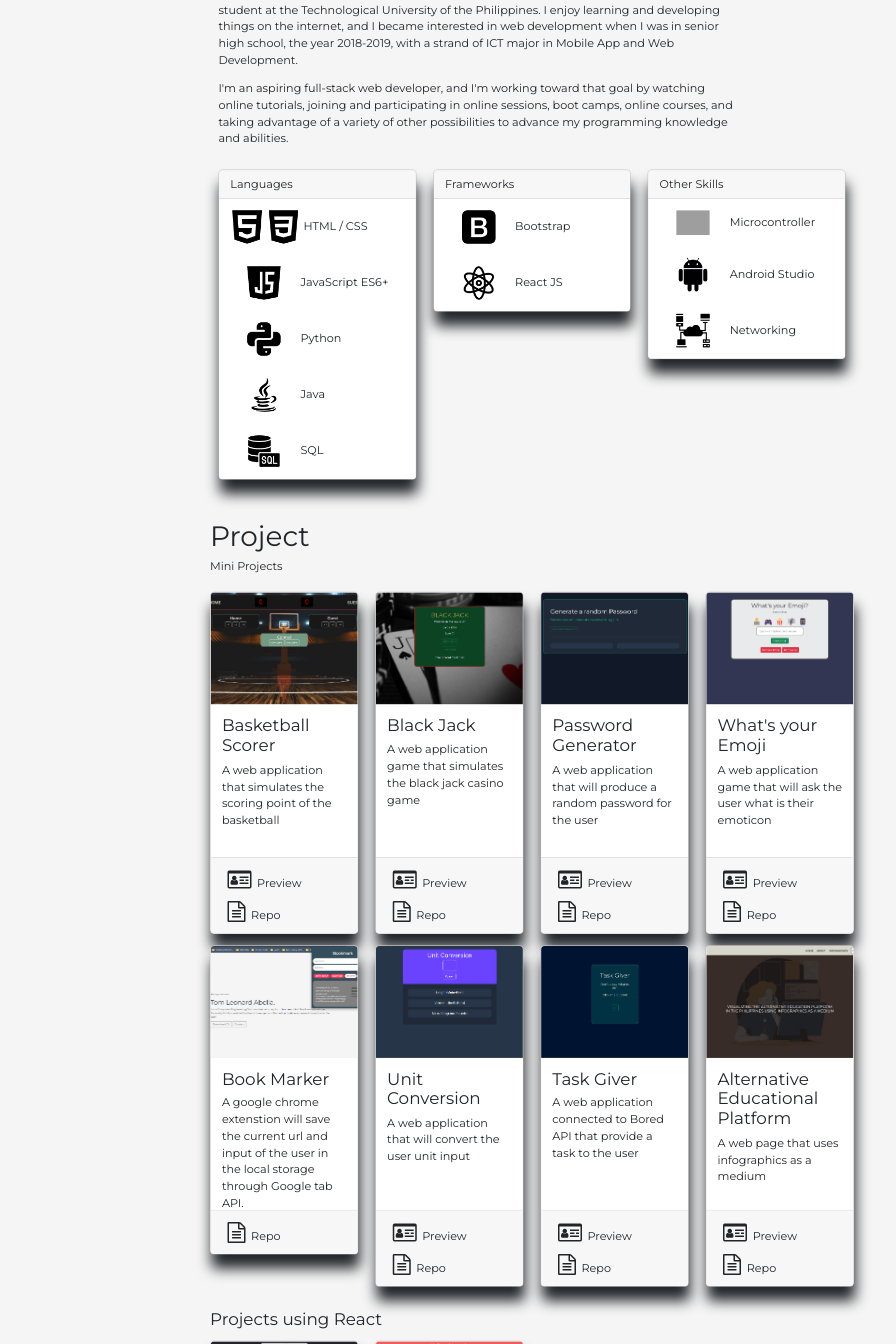
Repository: tom-abella/Portfolio
Page: index.html
An editor plug-in stored every save of this project. The page is shown before and after the next save, followed by the edit.
The browser window is 1280 px wide. The pictures show the part of the page from y = 805 to 2725 px (the page is 3347 px tall), at 70% of full size.
Pictures or frames that could not be fetched are drawn as grey boxes.

Above is the page before, as saved 2022-11-25 11:24:46.
Console error: ReferenceError: emailjs is not defined

After the next save:
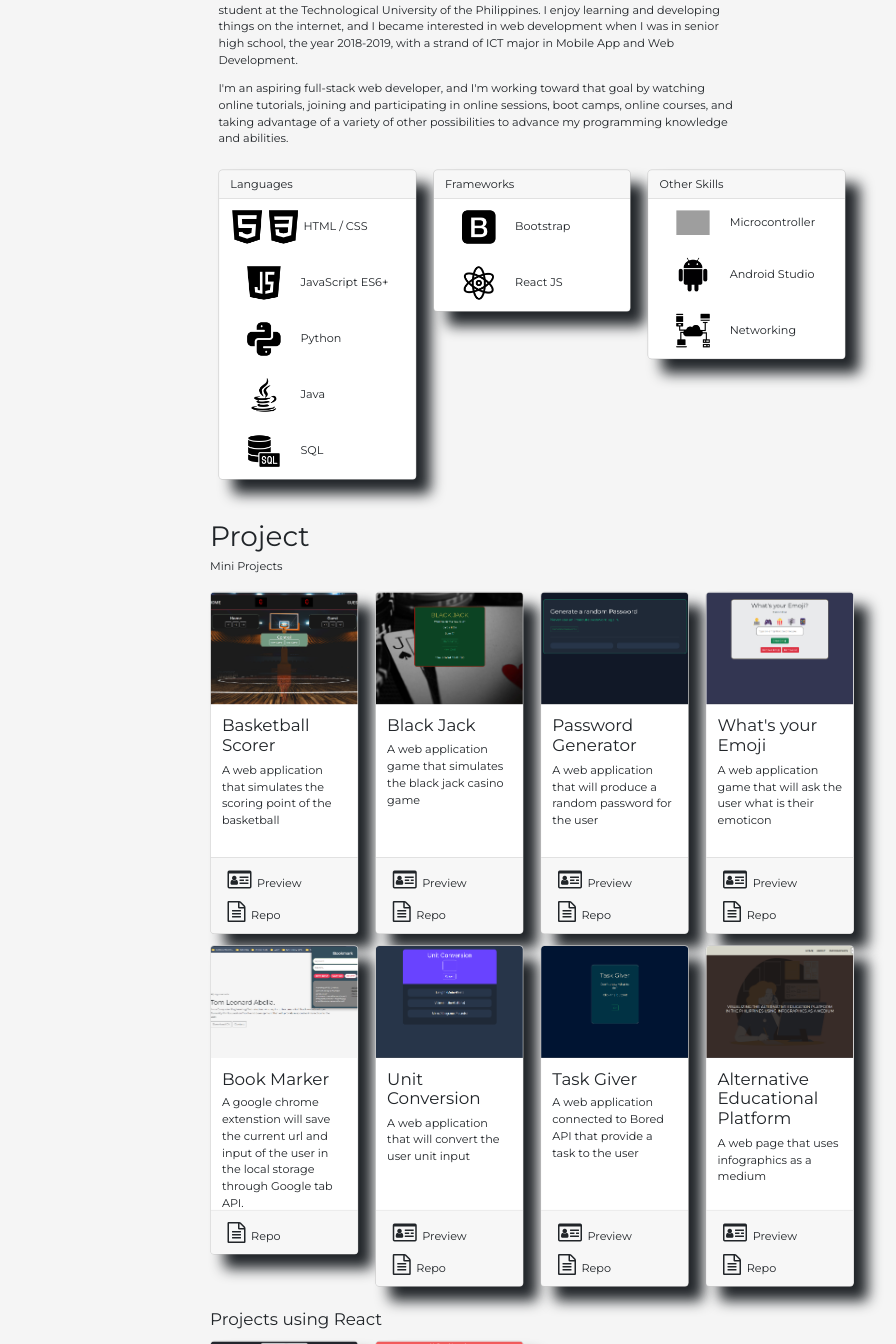
Saved 4 s later.
--- a/style.css
+++ b/style.css
@@ -17,7 +17,7 @@ img{
 
 }
 .card{
-    box-shadow: 2px 20px 20px #212529;
+    box-shadow: 20px 20px 20px #212529;
 }
 .navbar .nav-link.active{
     color:grey;
